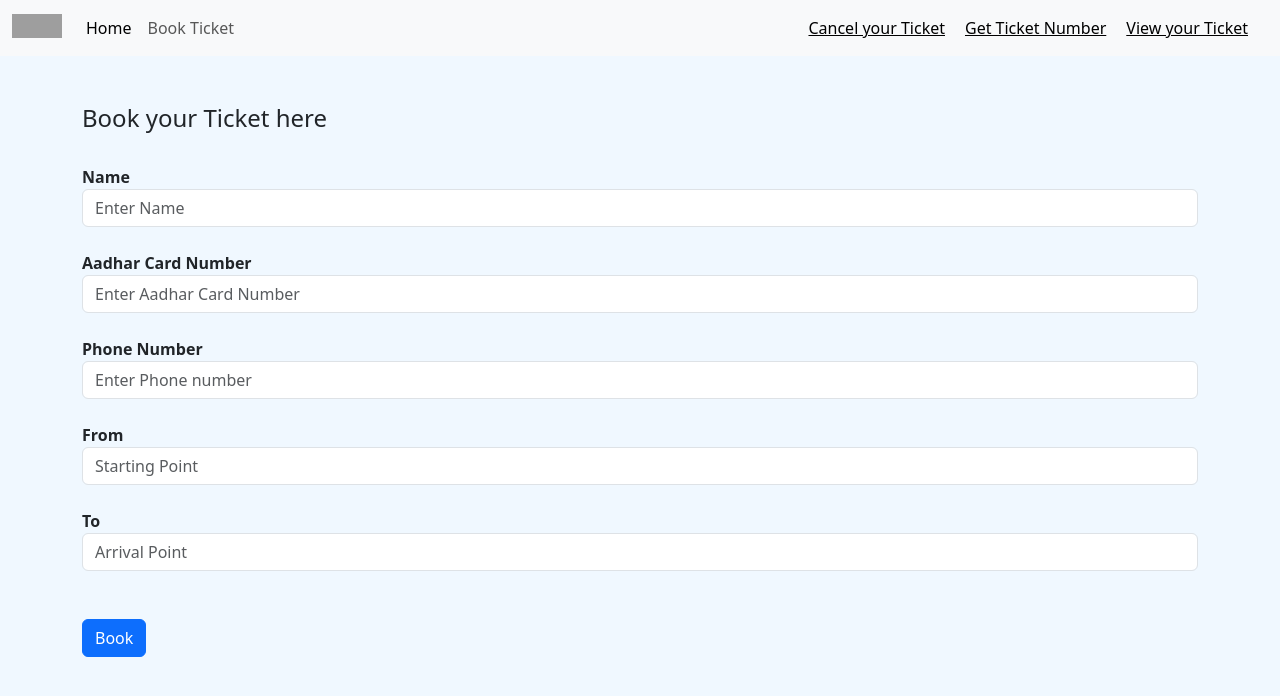
Repository: MayankSardana/Book-My-Ticket
Page: http://localhost/Book
An editor plug-in stored every save of this project. The page is shown before and after the next save, followed by the edit.
The browser window is 1280 px wide. The pictures show the whole page.
Pictures or frames that could not be fetched are drawn as grey boxes. The page is this project's Thymeleaf template; nobody is signed in. The template is opened directly, without the code that normally fills it, so the values that code supplies are empty.

Above is the page before, as saved 2024-07-02 06:11:56.

### BookMyTicket/src/main/resources/templates/Book.html
<!doctype html>
<html lang="en" xmlns:th="http://www.thymeleaf.org">
  <head>
    <meta charset="utf-8">
    <meta name="viewport" content="width=device-width, initial-scale=1">
    <title>Book Ticket</title>
    <link href="https://cdn.jsdelivr.net/npm/bootstrap@5.3.3/dist/css/bootstrap.min.css" rel="stylesheet" integrity="sha384-QWTKZyjpPEjISv5WaRU9OFeRpok6YctnYmDr5pNlyT2bRjXh0JMhjY6hW+ALEwIH" crossorigin="anonymous">
    <style>
        h2{
            margin-left: 400px;
            font-size:50px;
        }
        label{
            font-weight: bold;
        }

        body{
            background-color:aliceblue;
        }

		.tt{
		          text-decoration:underline;
		          padding:10px;
		          margin-left:450px;
		      }
			.n{
				margin-right:20px;
			}
    </style>
  </head>
  <body>

	<nav class="navbar navbar-expand-lg bg-body-tertiary">
	        <div class="container-fluid">
	         <a class="navbar-brand" href="#">
	      <img src="https://i.pinimg.com/280x280_RS/84/4b/a1/844ba1cb3439dca10d316e4310721cc6.jpg" alt="Logo" width="50" height="24" class="d-inline-block align-text-top">

	    </a>
	          <button class="navbar-toggler" type="button" data-bs-toggle="collapse" data-bs-target="#navbarText" aria-controls="navbarText" aria-expanded="false" aria-label="Toggle navigation">
	            <span class="navbar-toggler-icon"></span>
	          </button>
	          <div class="collapse navbar-collapse" id="navbarText">
	            <ul class="navbar-nav me-auto mb-2 mb-lg-0">
	              <li class="nav-item">
	                <a class="nav-link active" aria-current="page" href="#">Home</a>
	              </li>
	              <li class="nav-item">
	                <a class="nav-link" href="/book">Book Ticket</a>
	              </li>
	            </ul>
				<span class="n navbar-text">
					<a href = "/cancel">Cancel your Ticket</a>
			    </span>
				<span class="n navbar-text">
				   <a href = "/ticket">Get Ticket Number</a>
				</span>
	            <span class="n navbar-text">
	                <a href = "/view">View your Ticket</a>
	            </span>

	          </div>
	        </div>
	      </nav>



    <div class="container mt-5">
        <h4>Book your Ticket here</h4>
		<br/>
        <form action="#" th:action="@{/saveTicket}" th:object="${person}" method="post">
          <div class="form-group">
            <label for="firstName">Name</label>
            <input type="text" th:field="*{name}" class="form-control" id="firstName" placeholder="Enter Name">
          </div>
          <br/>
          <div class="form-group">
            <label for="email">Aadhar Card Number</label>
            <input type="text" th:field="*{aadhaarCard}" class="form-control"  placeholder="Enter Aadhar Card Number">
          </div>
          <br/>
          <div class="form-group">
            <label for="email">Phone Number</label>
            <input type="text" th:field="*{phoneNumber}" class="form-control"  placeholder="Enter Phone number">
          </div>
          <br/>
          <div class="form-group">
            <label for="From">From</label>
            <input type="text" th:field="*{start}" class="form-control" placeholder="Starting Point">
          </div>
          <br/>
          <div class="form-group">
            <label for="To">To</label>
            <input type="text" th:field="*{end}" class="form-control" placeholder="Arrival Point">
          </div>
          <br/>
          <br/>
          <button type="submit" class="btn btn-primary">Book</button>
        </form>
      </div>

    <script src="https://cdn.jsdelivr.net/npm/bootstrap@5.3.3/dist/js/bootstrap.bundle.min.js" integrity="sha384-YvpcrYf0tY3lHB60NNkmXc5s9fDVZLESaAA55NDzOxhy9GkcIdslK1eN7N6jIeHz" crossorigin="anonymous"></script>
  </body>
</html>

After the next save:
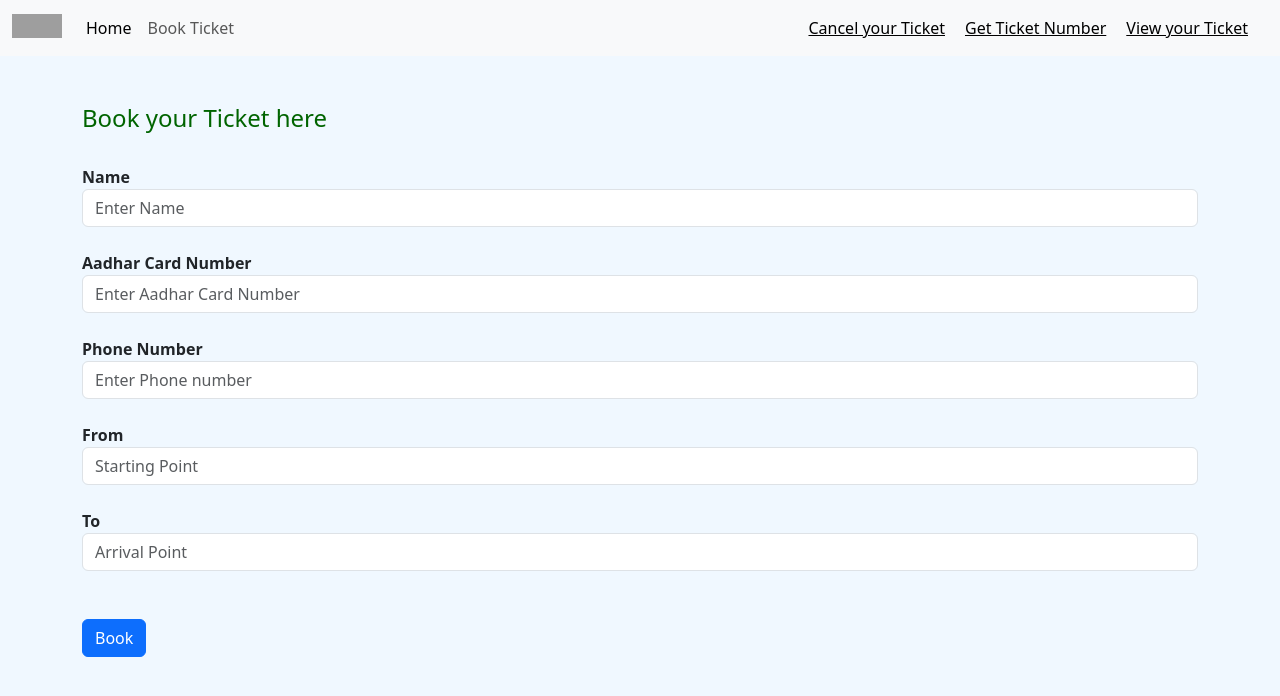
Saved 29 s later.
--- a/BookMyTicket/src/main/resources/templates/Book.html
+++ b/BookMyTicket/src/main/resources/templates/Book.html
@@ -25,6 +25,10 @@
 		      }
 			.n{
 				margin-right:20px;
+			}
+
+			.h4{
+				color:darkgreen;
 			}
     </style>
   </head>
@@ -65,7 +69,7 @@
 
 
     <div class="container mt-5">
-        <h4>Book your Ticket here</h4>
+        <h4 class = "h4">Book your Ticket here</h4>
 		<br/>
         <form action="#" th:action="@{/saveTicket}" th:object="${person}" method="post">
           <div class="form-group">
